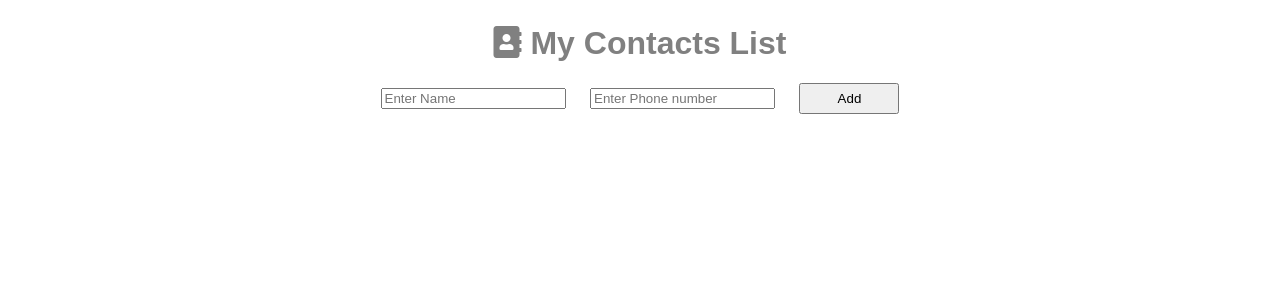
Repository: Sayan-100/Contact-List
Page: http://localhost/
An editor plug-in stored every save of this project. The page is shown before and after the next save, followed by the edit.
The browser window is 1280 px wide. The pictures show the whole page.
Some web libraries are served in a nearby version. The page is served by the project's Node server (index.js). Other server files are loaded and not shown. Queries for data that is not in the repository find no rows.

Above is the page before, as saved 2022-01-09 21:42:52.

### views/home.ejs
<html>

<head>
    <title>
        <%=locals.title%>
    </title>

    <link rel="stylesheet" href="https://use.fontawesome.com/releases/v5.5.0/css/all.css" integrity="sha384-B4dIYHKNBt8Bc12p+WXckhzcICo0wtJAoU8YZTY5qE0Id1GSseTk6S+L3BlXeVIU" crossorigin="anonymous">

    <!-- our css should below all the style so that we can override -->
    <link rel="stylesheet" href="/css/home.css">

</head>

<body>
    <h1 id="page-heading">
        <i class="fas fa-address-book "></i> My Contacts List
    </h1>
    <div id="contact-list-container">
        <ul>
            <% for(let i of contact_list) {%>
                <li class="contact">
                    <div class="details-name">
                        <p>
                            <%= i.name %>
                        </p>
                    </div>
                    <div class="details-contact-number delete-button">

                        <div>
                            <p>
                                <%= i.phone %>
                            </p>
                        </div>

                        <div>
                            <a href="/delete-contact/?id=<%=i._id%>">
                                <i class="fas fa-window-close"></i>
                            </a>
                        </div>
                    </div>
                </li>
                <% } %>
        </ul>
    </div>

    <form id="new-contact-form" action="/create_contact" method="POST">
        <input type="text" name="name" required placeholder="Enter Name">
        <input type="number" name="phone" required placeholder="Enter Phone number">

        <button type="submit">Add</button>

    </form>

    <script type="text/javascript" src="/js/home.js">
    </script>

</body>

</html>

### index.js
const express = require('express');
const path = require('path');
const port = 8000;

const db = require('./config/mongoose');
const Contact = require('./models/contact');

const app = express();


app.set('view engine', 'ejs');
app.set('views', path.join(__dirname, 'views'));
app.use(express.urlencoded());
app.use(express.static('assets'));

//middleware 1
// app.use(function(req, res, next) {
//     req.myName = "Sayan";
//     // console.log("middleware 1 called");
//     next();
// })

//middleware 2
// app.use(function(req, res, next) {
//     console.log('My name from middleware 2', req.myName);
//     next();
// })

// var contactList = [{
//         name: "Arapan sir",
//         phone: "1111111111"
//     },

//     {
//         name: "Coding Ninjas",
//         phone: "2111222222"
//     },

//     {
//         name: "Sayan",
//         phone: "4444444444"
//     }

// ];


app.get('/', function(req, res) {
    // console.log(__dirname);
    // res.send('<h1>cool, it is running or is it?</h1>');
    //return

    // console.log("from the get route", req.myName);

    Contact.find({}, function(err, contacts) {
        if (err) {
            console.log('Error in fetching contact list from db');
            return;
        }

        return res.render('home', {
            title: "My contacts list",
            contact_list: contacts
        });

    });


    // return res.render('home', {
    //     title: "My contacts list",
    //     contact_list: contactList
    // });

});

app.get('/practice', function(req, res) {
    return res.render('practice', {
        title: "Let us play with ejs"
    });
});

app.get('/delete-contact', function(req, res) {
    //console.log(req.query);
    //let phone = req.query.phone;
    let id = req.query.id;
    Contact.findByIdAndDelete(id, function(err) {
        if (err) {
            console.log('error in deleting a object form database');
            return;
        }

        return res.redirect('back');
    });
    // let contactIndex = contactList.findIndex(contact => contact.phone == phone);

    // if (contactIndex != -1) {
    //     contactList.splice(contactIndex, 1);
    // }

    // return res.redirect('back');
});

app.get('/', function(req, res) {

});


app.post('/create_contact', function(req, res) {
    // return res.redirect('/practice');
    // contactList.push({
    //     name: req.body.name,
    //     phone: req.body.phone
    // });
    // contactList.push(req.body);
    Contact.create({
        name: req.body.name,
        phone: req.body.phone
    }, function(err, newContact) {
        if (err) {
            console.log('error in creating a contact!');
            return;
        }

        console.log('*********', newContact);
        return res.redirect('back');

    });

    // return res.redirect('/');
    // return res.redirect('back');
});

app.listen(port, function(err) {

    if (err) {
        console.log('Error in running Server');
    }

    console.log('Yup. My express server is running on port', port);
});

### assets/css/home.css
    body {
        margin: 0;
        font-family: sans-serif;
        text-align: center;
    }

    #page-heading {
        text-align: center;
        margin-top: 25px;
        color: grey;
    }

    li {
        list-style: none;
        display: flex;
        justify-content: space-between;
        width: 90%;
        background-color: #ffc1d5;
        margin-bottom: 5px;
        font-weight: 600;
        overflow: hidden;
        color: white;
        font-family: monaco;
    }

    li:hover {
        background-color: #FFAB76;
    }

    input {
        margin-right: 20px;
    }

    button {
        padding: 6px;
        width: 100px;
    }

    p {
        display: inline-block;
        padding-left: 2rem;
        padding-right: 5rem;
    }

    .details-contact-number {
        display: flex;
        justify-content: space-evenly;
    }

Loaded but not shown: assets/js/home.js (common file)

After the next save:
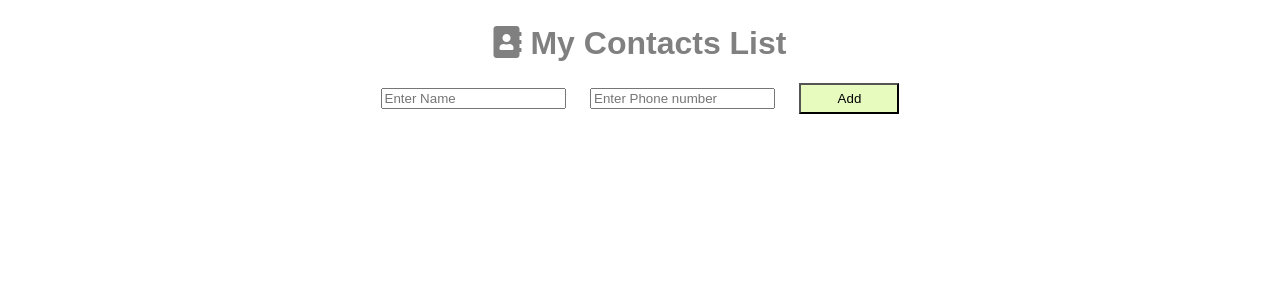
Saved 41 s later.
--- a/assets/css/home.css
+++ b/assets/css/home.css
@@ -34,6 +34,7 @@
     button {
         padding: 6px;
         width: 100px;
+        background-color: #E7FBBE
     }
 
     p {

After the save that followed:
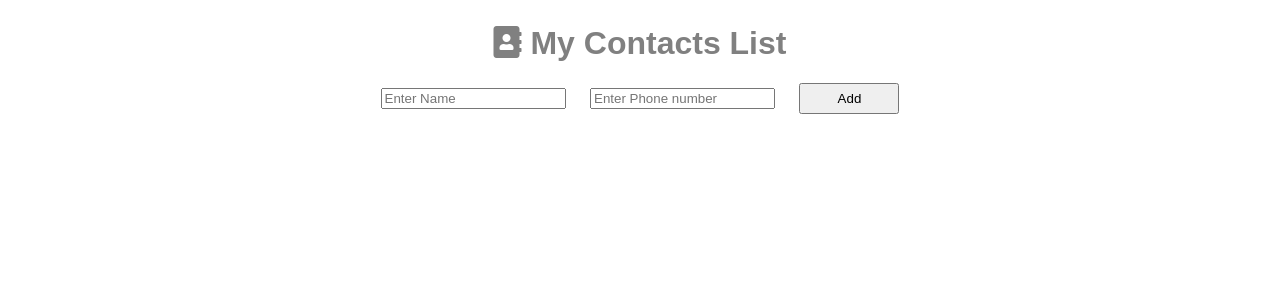
Saved 18 s later.
--- a/assets/css/home.css
+++ b/assets/css/home.css
@@ -34,7 +34,7 @@
     button {
         padding: 6px;
         width: 100px;
-        background-color: #E7FBBE
+        background-color: #E7FBBE font-family: monaco;
     }
 
     p {
